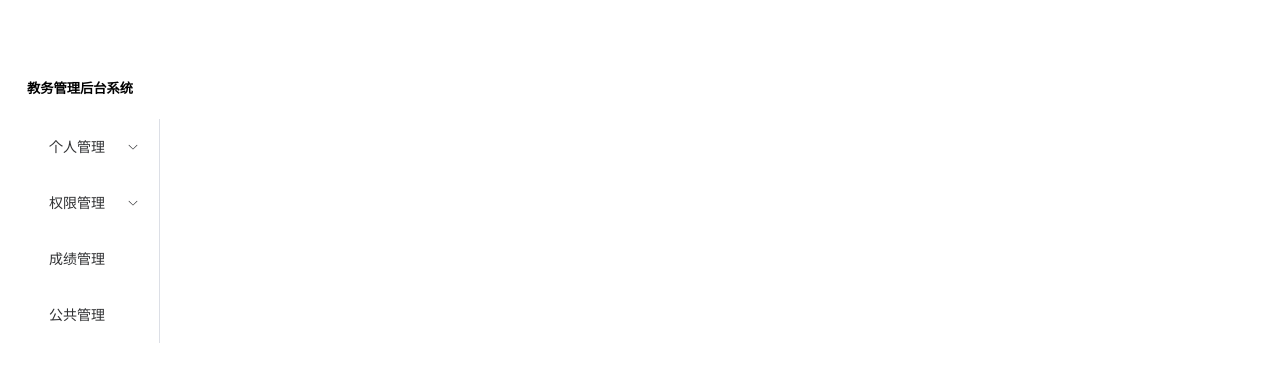
Repository: songlin-q/EducationalAdministrationSysTem
Page: /MainInfo (app in EducationalAdministrationSystemUI/educationsystem/)
An editor plug-in stored every save of this project. The page is shown before and after the next save, followed by the edit.
The browser window is 1280 px wide. The pictures show the whole page.
The project was rebuilt for these pictures with package versions that can differ from the ones it lists, and the page was loaded fresh each time. Also part of the build but not shown: EducationalAdministrationSystemUI/educationsystem/vue.config.js, EducationalAdministrationSystemUI/educationsystem/src/components/HelloWorld.vue, EducationalAdministrationSystemUI/educationsystem/src/components/Identity/IdentityCode.vue, EducationalAdministrationSystemUI/educationsystem/src/components/Identity/IdentityCode2.vue, EducationalAdministrationSystemUI/educationsystem/src/components/MainOne.vue.

Above is the page before, as saved 2022-05-24 11:47:32.

After the next save:
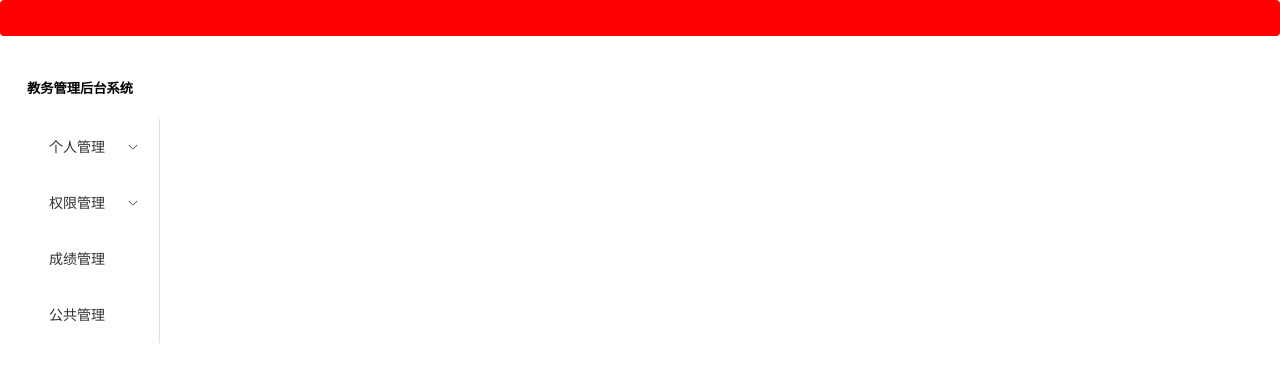
Saved 6 s later.
--- a/EducationalAdministrationSystemUI/educationsystem/src/components/MainInfo.vue
+++ b/EducationalAdministrationSystemUI/educationsystem/src/components/MainInfo.vue
@@ -1,6 +1,8 @@
 <template>
   <el-row>
-    <el-col :span="24"><div class="grid-content bg-purple-dark" style="bac" /></el-col>
+    <el-col :span="24"
+      ><div class="grid-content bg-purple-dark" style="background-color: red"
+    /></el-col>
   </el-row>
   <el-row class="tac">
     <el-col :span="3">
